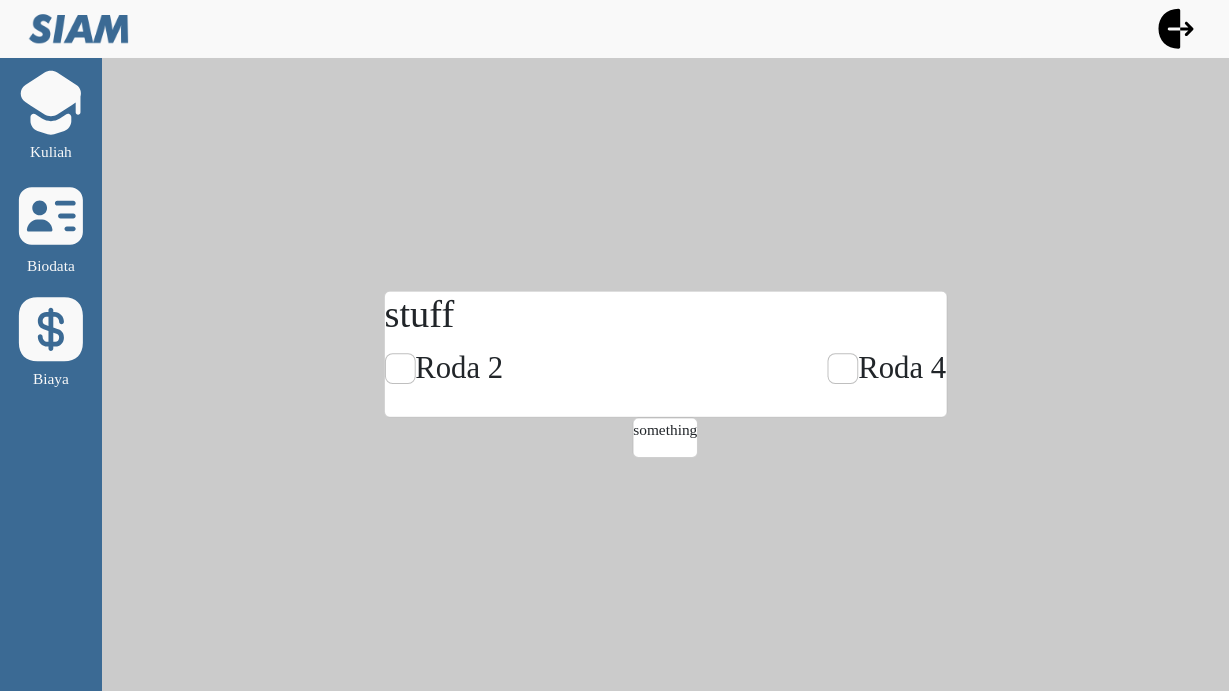
Repository: haikalirf/Project-IMK
Page: parkir.html
These files come from the project's save history. The page is drawn as it stood at one moment and after the next save; the edit follows.
The browser window is 1280 px wide. The pictures show the whole page, at 96% of full size.
Some web fonts or font styles are not loaded; a fallback is used.

Above is the page before, as saved 2022-12-12 20:20:23.

### parkir.html
<!DOCTYPE html>
<html lang="en">
<head>
	<meta charset="UTF-8">
	<meta http-equiv="X-UA-Compatible" content="IE=edge">
	<meta name="viewport" content="width=device-width, initial-scale=1.0">
	<title>SIAM</title>
	<link rel="icon" href="/assets/logo_ub.ico">
	<link rel="stylesheet" href="https://cdn.jsdelivr.net/npm/bootstrap@5.2.3/dist/css/bootstrap.min.css" integrity="sha384-rbsA2VBKQhggwzxH7pPCaAqO46MgnOM80zW1RWuH61DGLwZJEdK2Kadq2F9CUG65" crossorigin="anonymous">
	<link rel="stylesheet" href="/styles/parkir.css">
</head>
<body>
	<nav class="navbar" id="navbar">
		<a class="navbar-brand" href="/kuliah.html">
			<img id="navbar-image" src="/assets/SIAM.png" alt="SIAM">
		</a>
		<a class="navbar-link" href="landing.html">
			<img id="navbar-image" src="/assets/Logout.svg" alt="Logout">
		</a>
	</nav>
	<div class="mh-100" id="sidebar">
		<a class="btn" href="">
			<img id="sidebar-kuliah" src="/assets/Kuliah Logo.svg" alt="Kuliah">
			<label for="sidebar-kuliah">Kuliah</label>
		</a>
		<a class="btn" href="">
			<img id="sidebar-biodata" src="/assets/Biodata Logo.svg" alt="Biodata">
			<label for="sidebar-biodata">Biodata</label>
		</a>
		<a class="btn" href="">
			<img id="sidebar-biaya" src="/assets/Biaya Logo.svg" alt="Biaya">
			<label for="sidebar-biaya">Biaya</label>
		</a>
	</div>
	<main>
		<div class="card" id="cardTop">
			<h1>stuff</h1>
			<div class="d-flex justify-content-between" id="formRoda">
				<div class="form-check h2 d-flex">
					<input class="form-check-input" type="checkbox" value="" id="checkRodaDua">
					<label class="form-check-label pt-1" for="checkRodaDua">
						Roda 2
					</label>
				</div>
				<div class="form-check h2 d-flex">
					<input class="form-check-input" type="checkbox" value="" id="checkRodaEmpat">
					<label class="form-check-label pt-1" for="checkRodaEmpat">
						Roda 4
					</label>
				</div>
			</div>
		</div>
		<div class="card">
			<p>something</p>
		</div>
	</main>
	<script src="https://cdn.jsdelivr.net/npm/bootstrap@5.2.3/dist/js/bootstrap.bundle.min.js" integrity="sha384-kenU1KFdBIe4zVF0s0G1M5b4hcpxyD9F7jL+jjXkk+Q2h455rYXK/7HAuoJl+0I4" crossorigin="anonymous"></script>
</body>
</html>

### styles/parkir.css
/* CSS Reset */
/*
	Josh's Custom CSS Reset
	https://www.joshwcomeau.com/css/custom-css-reset/
*/
*, *::before, *::after {
	box-sizing: border-box;
}
  * {
	margin: 0;
}
html, body {
	height: 100%;
}
body {
	line-height: 1.5;
	-webkit-font-smoothing: antialiased;
}
img, picture, video, canvas, svg {
	display: block;
	max-width: 100%;
}
input, button, textarea, select {
	font: inherit;
}
p, h1, h2, h3, h4, h5, h6 {
	overflow-wrap: break-word;
}
#root, #__next {
	isolation: isolate;
}
/* CSS Reset ends */

body {
	background-color: #cbcbcb;
	font-family: 'readex';
	font-size: 16px;
}

@font-face {
	font-family: 'readex';
	src:url('/assets/fonts/ReadexPro-Medium.ttf');
}

img {
	object-fit: cover;
}

#navbar {
	display: flex;
	justify-content: space-between;
	position: fixed;
	background-color: #f9f9f9;
	z-index: 1;
	width: 100%;
	padding: 0px 30px;
}

#navbar-image {
	height: 50px;
}

main {
	padding-top: 60px;
	padding-left: 106px;
	display: flex;
	flex-direction: column;
	justify-content: center;
	align-items: center;
	height: 100vh;
}

#sidebar {
	background-color: #3b6a94;
	display: flex;
	flex-direction: column;
	flex: 1;
	position: fixed;
	height: 100vh;
	padding-top: 60px;
}

#sidebar img {
	width: 80px;
	height: 80px;
}

a img, a label {
	color: #f9f9f9;
}

#cardTop {
	width: 50%;
	height: 20%;
}

#formRoda {
	padding: ;
}\

After the next save:
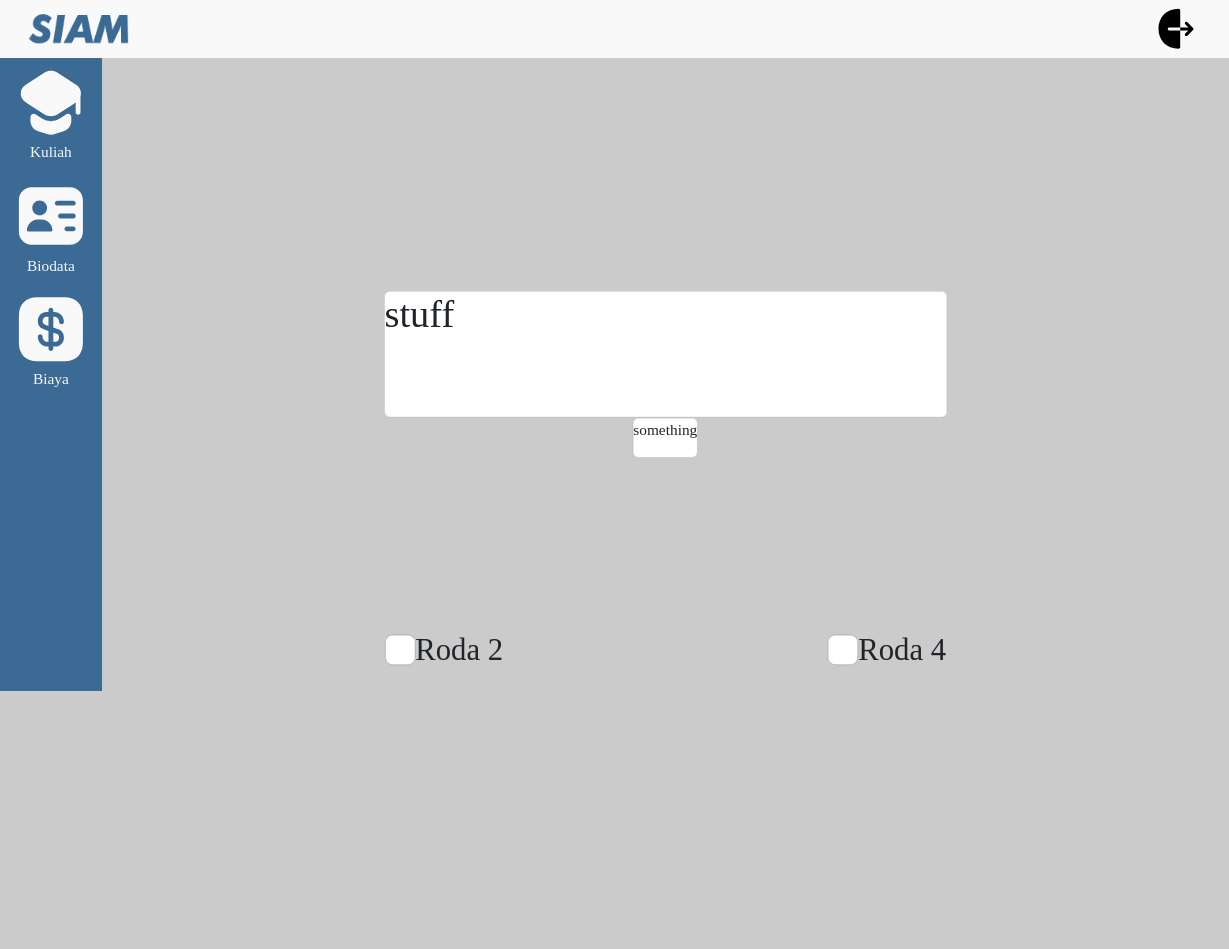
Saved 27 s later.
--- a/styles/parkir.css
+++ b/styles/parkir.css
@@ -95,5 +95,5 @@ a img, a label {
 }
 
 #formRoda {
-	padding: ;
-}\
+	padding: 50% 0px;
+}

After the save that followed:
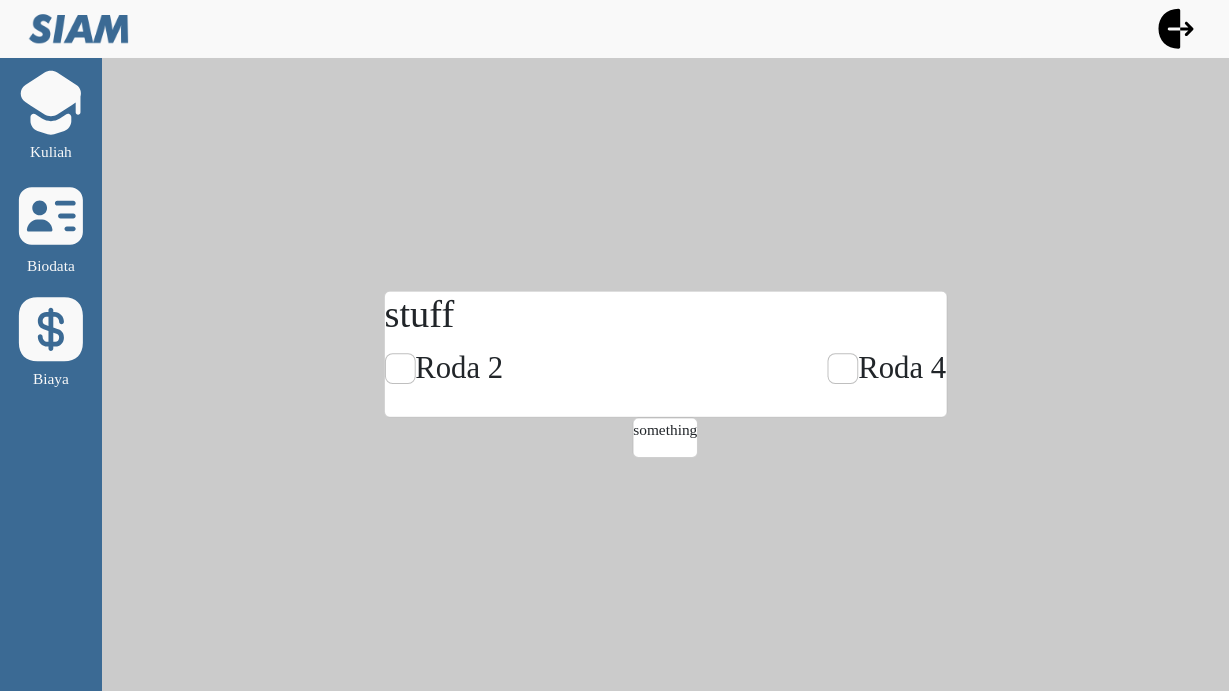
Saved 19 s later.
--- a/styles/parkir.css
+++ b/styles/parkir.css
@@ -95,5 +95,5 @@ a img, a label {
 }
 
 #formRoda {
-	padding: 50% 0px;
+	padding:  0px;
 }
